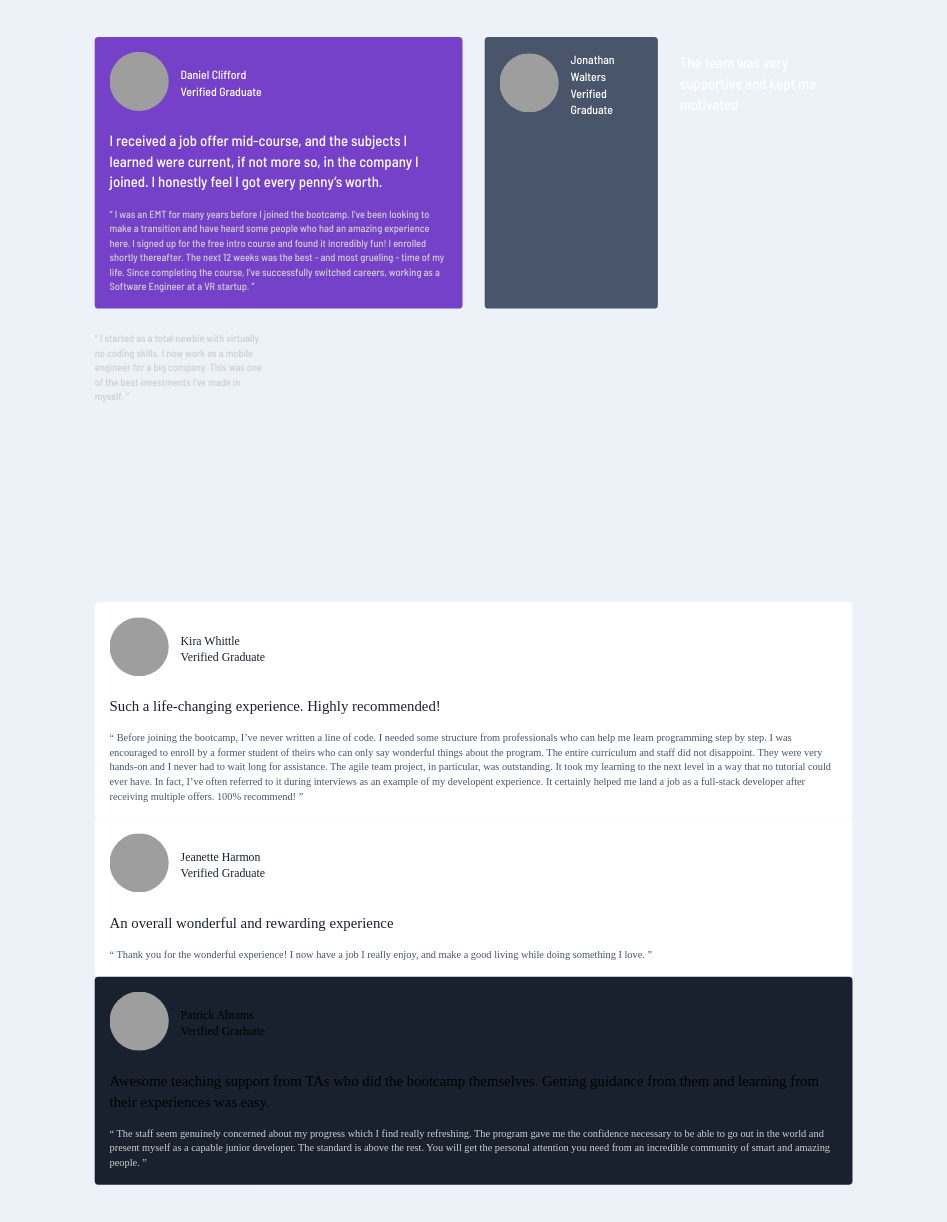
Repository: nptg3105/lab02-testimonials-grid
Page: index.html
These files come from the project's save history. The page is drawn as it stood at one moment and after the next save; the edit follows.
The browser window is 1280 px wide. The pictures show the whole page, at 74% of full size.
Pictures or frames that could not be fetched are drawn as grey boxes. The style sheet was rebuilt from its Sass, Less or Tailwind sources for each picture, by a compiler version that may differ from the author's.

Above is the page before, as saved 2021-12-08 21:57:37.

### index.html
<!DOCTYPE html>
<html lang="en">
  <head>
    <meta charset="UTF-8" />
    <meta http-equiv="X-UA-Compatible" content="IE=edge" />
    <meta name="viewport" content="width=device-width, initial-scale=1.0" />
    <title>Lab02 - Testimonials</title>
    <link rel="stylesheet" href="style.css" />
    <link
      href="https://fonts.googleapis.com/css2?family=Barlow+Semi+Condensed:wght@400;500;700&display=swap"
      rel="stylesheet"
    />
  </head>
  <body>
    <div class="container">
      <div class="testimonials">
        <div class="testimonials__item testimonials__item--violet">
          <div class="author">
            <div class="author__avatar">
              <img
                src="https://images.unsplash.com/photo-1570295999919-56ceb5ecca61?ixlib=rb-1.2.1&ixid=MnwxMjA3fDB8MHxzZWFyY2h8OHx8bWFufGVufDB8fDB8fA%3D%3D&auto=format&fit=crop&w=500&q=60"
                alt=""
              />
            </div>
            <div class="author__name">
              <div class="author__name--name">Daniel Clifford</div>
              <div class="author__name--status">Verified Graduate</div>
            </div>
          </div>
          <div class="testimonials__heading">
            I received a job offer mid-course, and the subjects I learned were
            current, if not more so, in the company I joined. I honestly feel I
            got every penny’s worth.
          </div>
          <div class="testimonials__desc">
            “ I was an EMT for many years before I joined the bootcamp. I’ve
            been looking to make a transition and have heard some people who had
            an amazing experience here. I signed up for the free intro course
            and found it incredibly fun! I enrolled shortly thereafter. The next
            12 weeks was the best - and most grueling - time of my life. Since
            completing the course, I’ve successfully switched careers, working
            as a Software Engineer at a VR startup. ”
          </div>
        </div>
        <div class="testimonials__item testimonials__item--grey">
          <div class="author">
            <div class="author__avatar">
              <img
                src="https://images.unsplash.com/photo-1570295999919-56ceb5ecca61?ixlib=rb-1.2.1&ixid=MnwxMjA3fDB8MHxzZWFyY2h8OHx8bWFufGVufDB8fDB8fA%3D%3D&auto=format&fit=crop&w=500&q=60"
                alt=""
              />
            </div>
            <div class="author__name">
              <div class="author__name--name">Jonathan Walters</div>
              <div class="author__name--status">Verified Graduate</div>
            </div>
            </div>
          </div>
          <div class="testimonials__heading">
            The team was very supportive and kept me motivated
          </div>
          <div class="testimonials__desc">
            “ I started as a total newbie with virtually no coding skills. I now
            work as a mobile engineer for a big company. This was one of the
            best investments I’ve made in myself. ”
          </div>
        </div>
        <div class="testimonials__item testimonials__item--tall">
          <div class="author">
            <div class="author__avatar">
              <img
                src="https://images.unsplash.com/photo-1570295999919-56ceb5ecca61?ixlib=rb-1.2.1&ixid=MnwxMjA3fDB8MHxzZWFyY2h8OHx8bWFufGVufDB8fDB8fA%3D%3D&auto=format&fit=crop&w=500&q=60"
                alt=""
              />
            </div>
            <div class="author__name author__name--black">
              Kira Whittle <br />
              Verified Graduate
            </div>
          </div>
          <div class="testimonials__heading testimonials__heading--black">
            Such a life-changing experience. Highly recommended!
          </div>
          <div class="testimonials__desc testimonials__desc--grey">
            “ Before joining the bootcamp, I’ve never written a line of code. I
            needed some structure from professionals who can help me learn
            programming step by step. I was encouraged to enroll by a former
            student of theirs who can only say wonderful things about the
            program. The entire curriculum and staff did not disappoint. They
            were very hands-on and I never had to wait long for assistance. The
            agile team project, in particular, was outstanding. It took my
            learning to the next level in a way that no tutorial could ever
            have. In fact, I’ve often referred to it during interviews as an
            example of my developent experience. It certainly helped me land a
            job as a full-stack developer after receiving multiple offers. 100%
            recommend! ”
          </div>
        </div>
        <div class="testimonials__item testimonials__item--white">
          <div class="author">
            <div class="author__avatar">
              <img
                src="https://images.unsplash.com/photo-1570295999919-56ceb5ecca61?ixlib=rb-1.2.1&ixid=MnwxMjA3fDB8MHxzZWFyY2h8OHx8bWFufGVufDB8fDB8fA%3D%3D&auto=format&fit=crop&w=500&q=60"
                alt=""
              />
            </div>
            <div class="author__name author__name--black">
              Jeanette Harmon <br />
              Verified Graduate
            </div>
          </div>
          <div class="testimonials__heading testimonials__heading--black">
            An overall wonderful and rewarding experience
          </div>
          <div class="testimonials__desc testimonials__desc--grey">
            “ Thank you for the wonderful experience! I now have a job I really
            enjoy, and make a good living while doing something I love. ”
          </div>
        </div>
        <div class="testimonials__item testimonials__item--black">
          <div class="author">
            <div class="author__avatar">
              <img
                src="https://images.unsplash.com/photo-1570295999919-56ceb5ecca61?ixlib=rb-1.2.1&ixid=MnwxMjA3fDB8MHxzZWFyY2h8OHx8bWFufGVufDB8fDB8fA%3D%3D&auto=format&fit=crop&w=500&q=60"
                alt=""
              />
            </div>
            <div class="author__name">
              Patrick Abrams <br />
              Verified Graduate
            </div>
          </div>
          <div class="testimonials__heading">
            Awesome teaching support from TAs who did the bootcamp themselves.
            Getting guidance from them and learning from their experiences was
            easy.
          </div>
          <div class="testimonials__desc">
            “ The staff seem genuinely concerned about my progress which I find
            really refreshing. The program gave me the confidence necessary to
            be able to go out in the world and present myself as a capable
            junior developer. The standard is above the rest. You will get the
            personal attention you need from an incredible community of smart
            and amazing people. ”
          </div>
        </div>
      </div>
    </div>
  </body>
</html>

### style.scss
$font-main:'Barlow Semi Condensed',
sans-serif;
$violet-color:#7541c8;
$grey-color: #48556a;
$light-grey-color: #cfcfcf;
$white-color: #fff;
$bg-color: #ecf2f8;
$black-color: #19212e;

* {
    box-sizing: border-box;
    margin: 0;
    padding: 0;
}

body {
    background-color: $bg-color;
    font-weight: 500;
    // letter-spacing: 2px;
    line-height: 1.4;

}

.container {
    max-width: 1024px;
    margin: 50px auto;

}

.testimonials {
    font-family: $font-main;
    display: grid;
    gap: 30px;
    grid-template-columns: repeat(4, 1fr);
    grid-template-rows: repeat(2, 1fr);
    grid-template-areas: "violet-area violet-area grey-area white-tall-area"
        "white-area black-area black-area white-tall-area";
    color: $white-color;

    &__item {
        border-radius: 5px;
        padding: 20px;

        &--violet {
            background-color: $violet-color;
            grid-area: violet-area;
        }

        &--grey {
            background-color: $grey-color;
            grid-area: grey-area;
        }

        &--tall {
            background-color: $white-color;
            grid-area: white-tall-area;

        }

        &--white {
            background-color: $white-color;
            grid-area: white-area;
        }

        &--black {
            background-color: $black-color;
            grid-area: black-area;
        }
    }

    &__heading {
        margin: 20px 0;
        font-size: 20px;
    }

    &__heading--black {
        color: $black-color;
    }

    &__desc {
        font-size: 14px;
        color: $light-grey-color;
    }

    &__desc--grey {
        color: $grey-color;
    }
}

.author {
    display: flex;
    align-items: center;

    &__name--black {
        color: $black-color;
    }

    &__avatar {
        margin-right: 16px;

        img {
            object-fit: cover;
            width: 80px;
            height: 80px;
            border-radius: 50%;

        }
    }

}

After the next save:
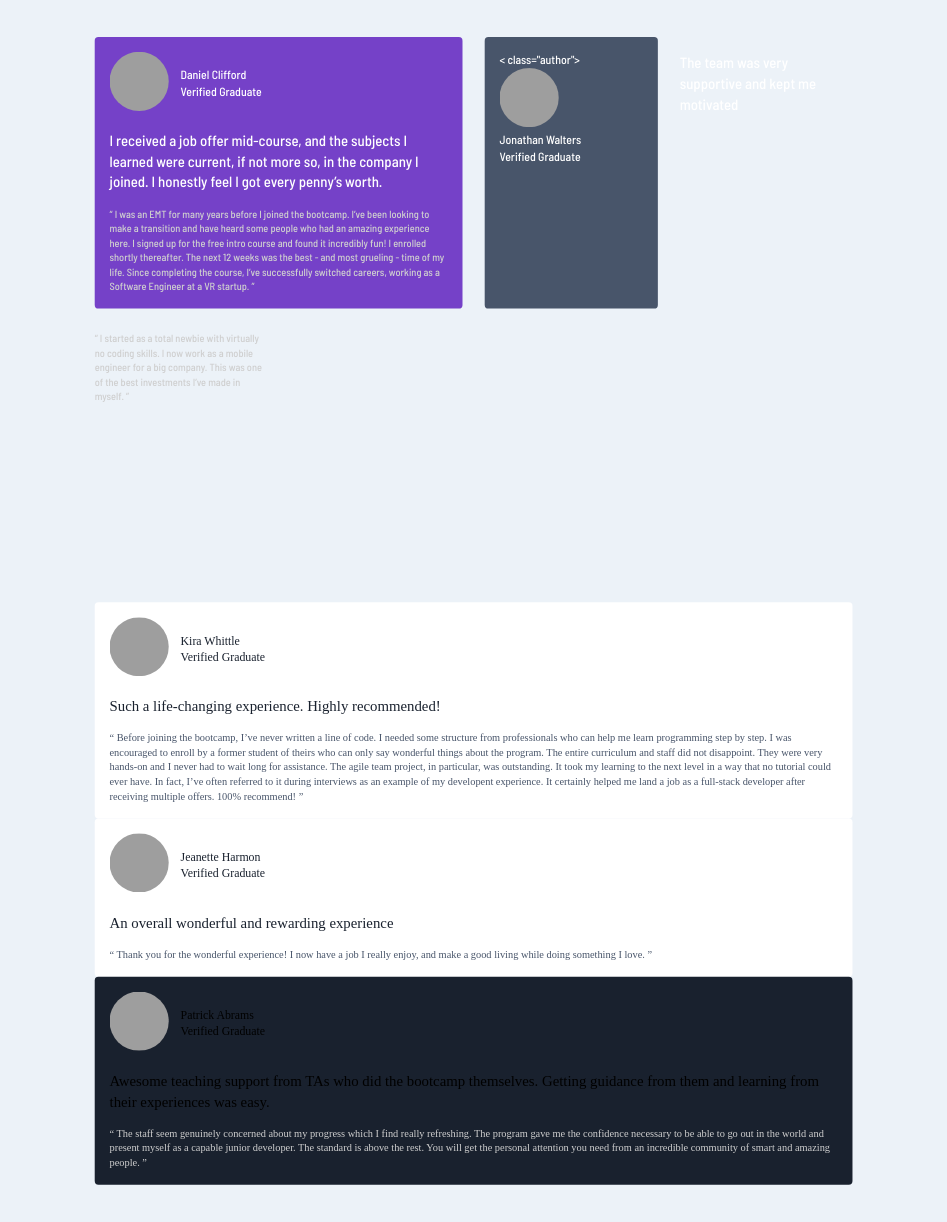
Saved 2 min 1 s later.
--- a/index.html
+++ b/index.html
@@ -43,7 +43,7 @@
           </div>
         </div>
         <div class="testimonials__item testimonials__item--grey">
-          <div class="author">
+          < class="author">
             <div class="author__avatar">
               <img
                 src="https://images.unsplash.com/photo-1570295999919-56ceb5ecca61?ixlib=rb-1.2.1&ixid=MnwxMjA3fDB8MHxzZWFyY2h8OHx8bWFufGVufDB8fDB8fA%3D%3D&auto=format&fit=crop&w=500&q=60"
@@ -53,7 +53,6 @@
             <div class="author__name">
               <div class="author__name--name">Jonathan Walters</div>
               <div class="author__name--status">Verified Graduate</div>
-            </div>
             </div>
           </div>
           <div class="testimonials__heading">
